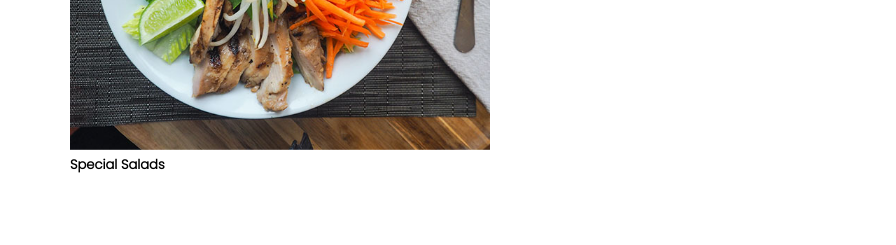
Repository: Adriandias1997/MobileFriendly_FoodWebsite
Page: index.html
An editor plug-in stored every save of this project. The page is shown before and after the next save, followed by the edit.
The browser window is 1280 px wide. The pictures show the part of the page from y = 1900 to 3820 px (the page is 2250 px tall before and 4158 px after), at 70% of full size.

Above is the page before, as saved 2020-10-16 13:27:12.

### index.html
<!DOCTYPE html>
<html lang="en">

<head>
    <meta charset="UTF-8">
    <meta name="viewport" content="width=device-width, initial-scale=1.0">
    <title>Food</title>
    <link rel="stylesheet" href="style.css">
</head>

<body>
    <header>
        <a href="#" class="logo">Food <span>Corner</span></a>
        <ul class="navigation">
            <li><a href="#banner">Home</a></li>
            <li><a href="#about">About Us</a></li>
            <li><a href="#menu">Menu</a></li>
            <li><a href="#expert">Expert</a></li>
            <li><a href="#testimonials">Testimonials</a></li>
            <li><a href="#contact">Contact</a></li>
        </ul>

    </header>
    <section class="banner" id="banner">
        <div class="content">
            <h2>Always choose Good</h2>
            <p>Lorem ipsum dolor sit amet consectetur adipisicing elit. Ipsam delectus nisi hic deserunt at, ex harum sit. Quos quaerat ut expedita velit. Commodi accusamus non debitis error sint at perspiciatis.</p>

            <a href="#" class="btn">Our Menu</a>
        </div>
    </section>

    <section class="about" id="about">
        <div class="row">
            <div class="col50">
                <h2 class="titleText"><span>A</span>bout Us</h2>
                <p>Lorem ipsum dolor sit amet consectetur adipisicing elit. Dolorum vero quam, at fuga facilis maiores consequatur! Quibusdam possimus debitis sed alias, provident fuga voluptatem, tempora eligendi aliquid quaerat laudantium repellat. Lorem
                    ipsum dolor sit amet consectetur adipisicing elit. Dolorum vero quam, at fuga facilis maiores consequatur! Quibusdam possimus debitis sed alias, provident fuga voluptatem, tempora eligendi aliquid quaerat laudantium repellat. Lorem
                    ipsum dolor sit amet consectetur adipisicing elit. Dolorum vero quam, at fuga facilis maiores consequatur! Quibusdam possimus debitis sed alias, provident fuga voluptatem, tempora eligendi aliquid quaerat laudantium repellat.
                </p>
            </div>
            <div class="col50">
                <div class="imgBx">
                    <img src="./Images/img1.jpg" alt="">
                </div>
            </div>
        </div>
    </section>

    <section class="menu" id="menu">
        <div class="title">
            <h2 class="titleText">Our <span>M</span>enu</h2>
            <p>Lorem ipsum dolor sit amet consectetur adipisicing elit. Dolorum vero quam, at fuga facilis maiores consequatur! Quibusdam possimus debitis sed alias, provident fuga voluptatem, tempora eligendi aliquid quaerat laudantium repellat.
            </p>
        </div>
        <div class="content">
            <div class="box">
                <div class="imgBx">
                    <img src="Images/menu1.jpg" alt="">
                </div>
                <div class="text">
                    <h3>Special Salads</h3>
                </div>
            </div>
        </div>
    </section>

    <script src="index.js"></script>
</body>

</html>

### style.css
@import url("https://fonts.googleapis.com/css2?family=Poppins:wght@300&display=swap");
* {
    margin: 0;
    padding: 0;
    box-sizing: border-box;
    font-family: "Poppins", sans-serif;
    scroll-behavior: smooth;
}

p {
    font-weight: 300;
    color: #111;
}


/* body {
    min-height: 1000px;
} */

.banner {
    position: relative;
    width: 100%;
    min-height: 100vh;
    display: flex;
    justify-content: center;
    align-items: center;
    background: url(./Images/bg.jpg);
    background-size: cover;
}

.banner .content {
    max-width: 900px;
    text-align: center;
}

.banner .content h2 {
    font-size: 5em;
    color: #fff;
}

.banner .content p {
    font-size: 1em;
    color: #fff;
}

.btn {
    font-size: 1em;
    color: #fff;
    background: #ff0157;
    display: inline-block;
    padding: 10px 30px;
    text-transform: uppercase;
    text-decoration: none;
    letter-spacing: 2px;
    transition: 0.5s;
}

.btn:hover {
    background-color: #fff;
    color: #ff0157;
    letter-spacing: 6px;
}

header {
    position: fixed;
    top: 0;
    left: 0;
    width: 100%;
    padding: 40px 100px;
    z-index: 10000;
    display: flex;
    justify-content: space-between;
    align-items: center;
    transition: 0.5s;
}

header.sticky {
    background: #fff;
    padding: 10px 100px;
    box-shadow: 0 5px 20px rgba(0, 0, 0, 0.05);
}

header .logo {
    color: #fff;
    font-weight: 700;
    text-decoration: none;
    font-size: 2em;
}

header.sticky .logo {
    color: #111;
}

header .logo span {
    color: #ff0157;
}

header .navigation {
    position: relative;
    display: flex;
}

header .navigation li {
    list-style: none;
    margin-left: 30px;
}

header .navigation li a {
    text-decoration: none;
    color: #fff;
    font-weight: 300;
}

header.sticky .navigation li a {
    color: #111;
    font-weight: 300;
}

header .navigation li a:hover {
    color: #ff0157;
}

section {
    padding: 100px;
}

.row {
    position: relative;
    width: 100%;
    display: flex;
    justify-content: space-between;
}

.row .col50 {
    position: relative;
    width: 48%;
}

.titleText {
    color: #111;
    font-size: 2em;
    font-weight: 400;
}

.titleText span {
    color: #ff0157;
    font-size: 1.5em;
    font-weight: 700;
}

.row .col50 .imgBx {
    position: relative;
    width: 100%;
    height: 100%;
    /* min-height: 300px; */
}

.row .col50 .imgBx img {
    position: relative;
    top: 0;
    left: 0;
    width: 100%;
    height: 100%;
    object-fit: cover;
}

### index.js
window.addEventListener('scroll', function() {
    const header = document.querySelector('header');
    header.classList.toggle('sticky', window.scrollY > 0);
});

After the next save:
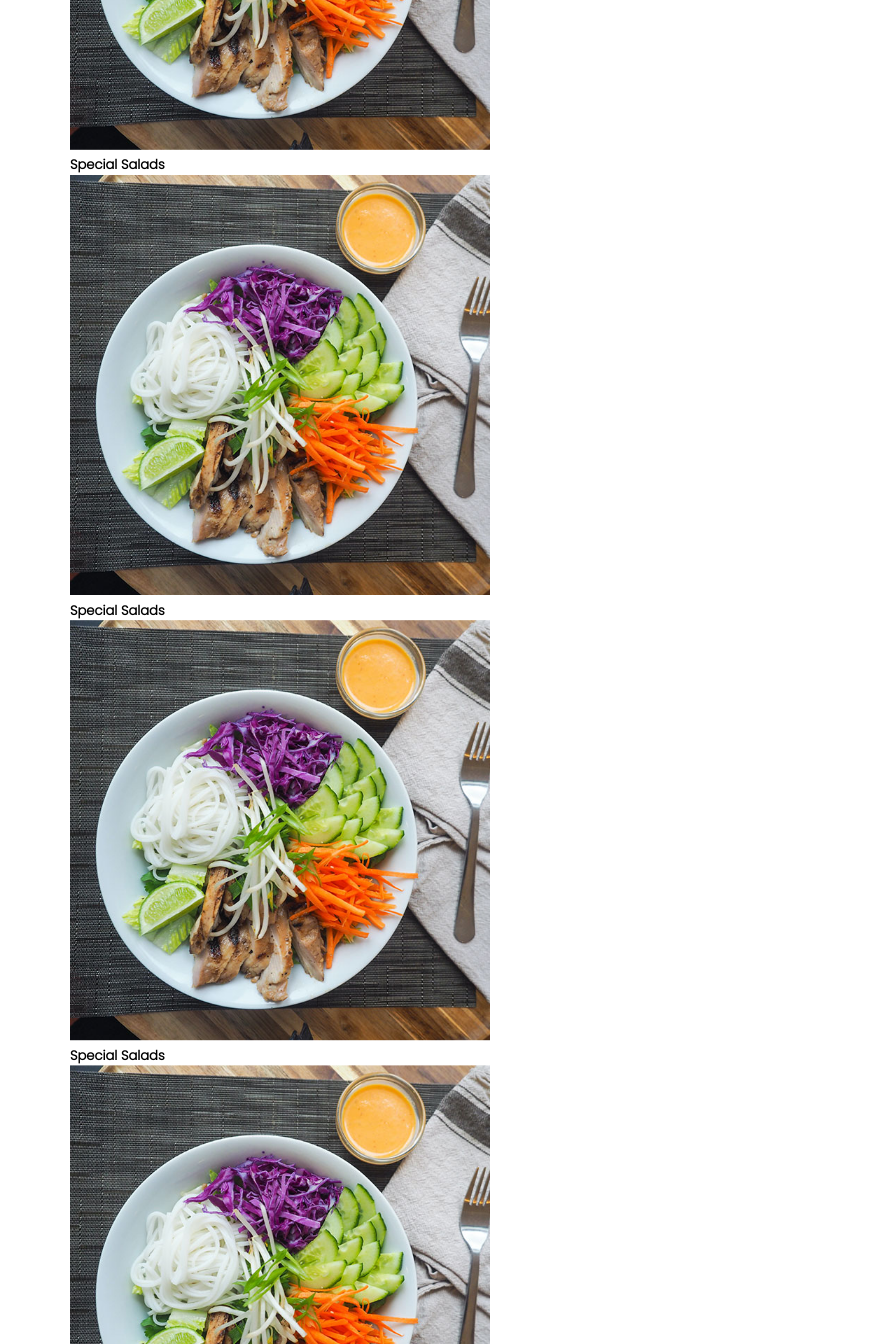
Saved 44 s later.
--- a/index.html
+++ b/index.html
@@ -62,6 +62,30 @@
                     <h3>Special Salads</h3>
                 </div>
             </div>
+            <div class="box">
+                <div class="imgBx">
+                    <img src="Images/menu1.jpg" alt="">
+                </div>
+                <div class="text">
+                    <h3>Special Salads</h3>
+                </div>
+            </div>
+            <div class="box">
+                <div class="imgBx">
+                    <img src="Images/menu1.jpg" alt="">
+                </div>
+                <div class="text">
+                    <h3>Special Salads</h3>
+                </div>
+            </div>
+            <div class="box">
+                <div class="imgBx">
+                    <img src="Images/menu1.jpg" alt="">
+                </div>
+                <div class="text">
+                    <h3>Special Salads</h3>
+                </div>
+            </div>
         </div>
     </section>
 
